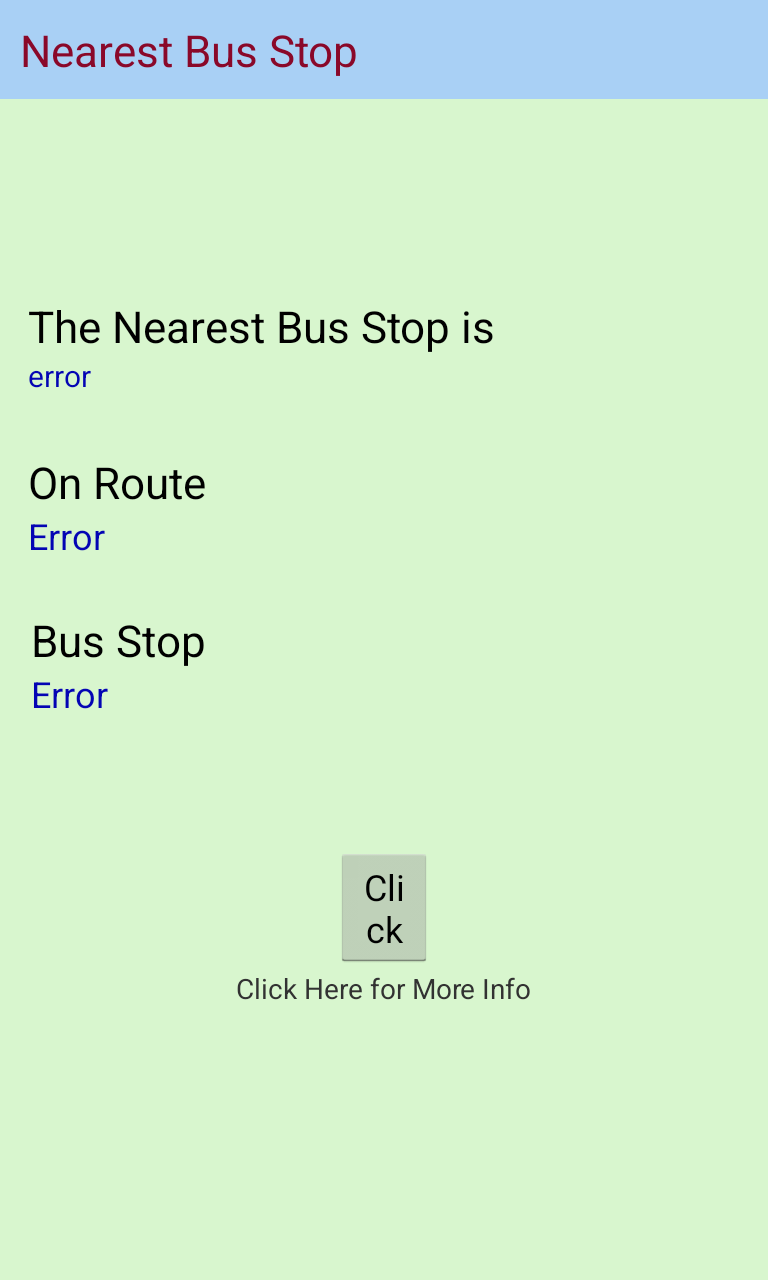
Repository: patheon17/myrepo2
Layout: workspace/UMBusTracking/res/layout/activity_nearest_stop.xml
The author's editor kept a copy of each file at every save. The layout is drawn from the files as they stood at one save, then again after the next save.
It is drawn on a 768 x 1280 px phone screen (xhdpi) without system bars, with theme AppTheme; the app's code is not run.

Above is the layout before, as saved 2013-10-04 06:07:09.

### workspace/UMBusTracking/res/layout/activity_nearest_stop.xml
<RelativeLayout xmlns:android="http://schemas.android.com/apk/res/android"
    xmlns:tools="http://schemas.android.com/tools"
    android:layout_width="match_parent"
    android:layout_height="match_parent"
    android:background="#D8F6CE"
    tools:context=".NearestStop" >

    <TextView
        android:id="@+id/textView2"
        android:layout_width="fill_parent"
        android:layout_height="wrap_content"
        android:layout_alignParentTop="true"
        android:background="@color/background_lime"
        android:padding="10sp"
        android:text="Nearest Bus Stop"
        android:textAppearance="?android:attr/textAppearanceLarge"
        android:textColor="#8A0829"
        />

    <TextView
        android:id="@+id/onroute"
        android:layout_width="wrap_content"
        android:layout_height="wrap_content"
        android:layout_above="@+id/routed"
        android:layout_alignLeft="@+id/displaystop"
        android:text="@string/routename"
        android:textAppearance="?android:attr/textAppearanceLarge" />

    <TextView
        android:id="@+id/routed"
        android:layout_width="wrap_content"
        android:layout_height="wrap_content"
        android:layout_above="@+id/busstop"
        android:layout_alignLeft="@+id/onroute"
        android:layout_marginBottom="25dp"
        android:gravity="center"
        android:text="Error"
        android:textAppearance="?android:attr/textAppearanceMedium"
        android:textColor="#0404B4" />

    <TextView
        android:id="@+id/textView1"
        android:layout_width="wrap_content"
        android:layout_height="wrap_content"
        android:layout_above="@+id/displaystop"
        android:layout_alignParentLeft="true"
        android:layout_marginLeft="14dp"
        android:text="The Nearest Bus Stop is"
        android:textAppearance="?android:attr/textAppearanceLarge" />

    <TextView
        android:id="@+id/displaystop"
        android:layout_width="wrap_content"
        android:layout_height="wrap_content"
        android:layout_above="@+id/onroute"
        android:layout_alignLeft="@+id/textView1"
        android:layout_marginBottom="28dp"
        android:text="@string/displaystop"
        android:textColor="#0404B4"
        android:textSize="15dp" />

    <TextView
        android:id="@+id/busstop"
        android:layout_width="wrap_content"
        android:layout_height="wrap_content"
        android:layout_alignRight="@+id/onroute"
        android:layout_centerVertical="true"
        android:text="@string/stopname"
        android:textAppearance="?android:attr/textAppearanceLarge" />

    <TextView
        android:id="@+id/stops"
        android:layout_width="wrap_content"
        android:layout_height="wrap_content"
        android:layout_alignLeft="@+id/busstop"
        android:layout_below="@+id/busstop"
        android:text="Error"
        android:textAppearance="?android:attr/textAppearanceMedium"
        android:textColor="#0404B4" />

    <Button
        android:id="@+id/button1"
        android:layout_width="50sp"
        android:layout_height="wrap_content"
        android:layout_below="@+id/stops"
        android:layout_centerHorizontal="true"
        android:layout_marginTop="64dp"
        android:text="Click" />

    <TextView
        android:id="@+id/textView3"
        android:layout_width="wrap_content"
        android:layout_height="wrap_content"
        android:layout_below="@+id/button1"
        android:layout_centerHorizontal="true"
        android:text="Click Here for More Info"
        android:textAppearance="?android:attr/textAppearanceSmall" />

</RelativeLayout>

### workspace/UMBusTracking/res/values/styles.xml
<resources>

    <!--
        Base application theme, dependent on API level. This theme is replaced
        by AppBaseTheme from res/values-vXX/styles.xml on newer devices.
    -->
    <style name="AppBaseTheme" parent="android:Theme.Light">
        <!--
            Theme customizations available in newer API levels can go in
            res/values-vXX/styles.xml, while customizations related to
            backward-compatibility can go here.
        -->
    </style>

    <!-- Application theme. -->
    <style name="AppTheme" parent="AppBaseTheme">
        <!-- All customizations that are NOT specific to a particular API-level can go here. -->
    </style>


</resources>

### workspace/UMBusTracking/res/values/strings.xml
<?xml version="1.0" encoding="utf-8"?>
<resources>

    <string name="app_name">UMBusTracking</string>
    <string name="action_settings">Settings</string>
    <string name="hello_world">Hello world!</string>
    <string name="button">Connect</string>
    <string name="title_activity_info">InfoActivity</string>
    <string name="title_activity_test2">Test2</string>
    <string name="title_activity_view_stops_details">View Bus Stops Details/Information</string>
    <string name="viewstoptitle">Error</string>
    <string name="title_activity_nearest_stop">NearestStop</string>
    <string name="displaystop">error</string>

    <color name="background_lime">#A9D0F5</color>

    <string name="routename">On Route</string>
    <string name="stopname">Bus Stop</string>
    <string name="title_activity_display_busses">DisplayBusses</string>

</resources>

Loaded but not shown: workspace/UMBusTracking/res/values-v11/styles.xml (common file); workspace/UMBusTracking/res/values-v14/styles.xml (common file)

After the next save:
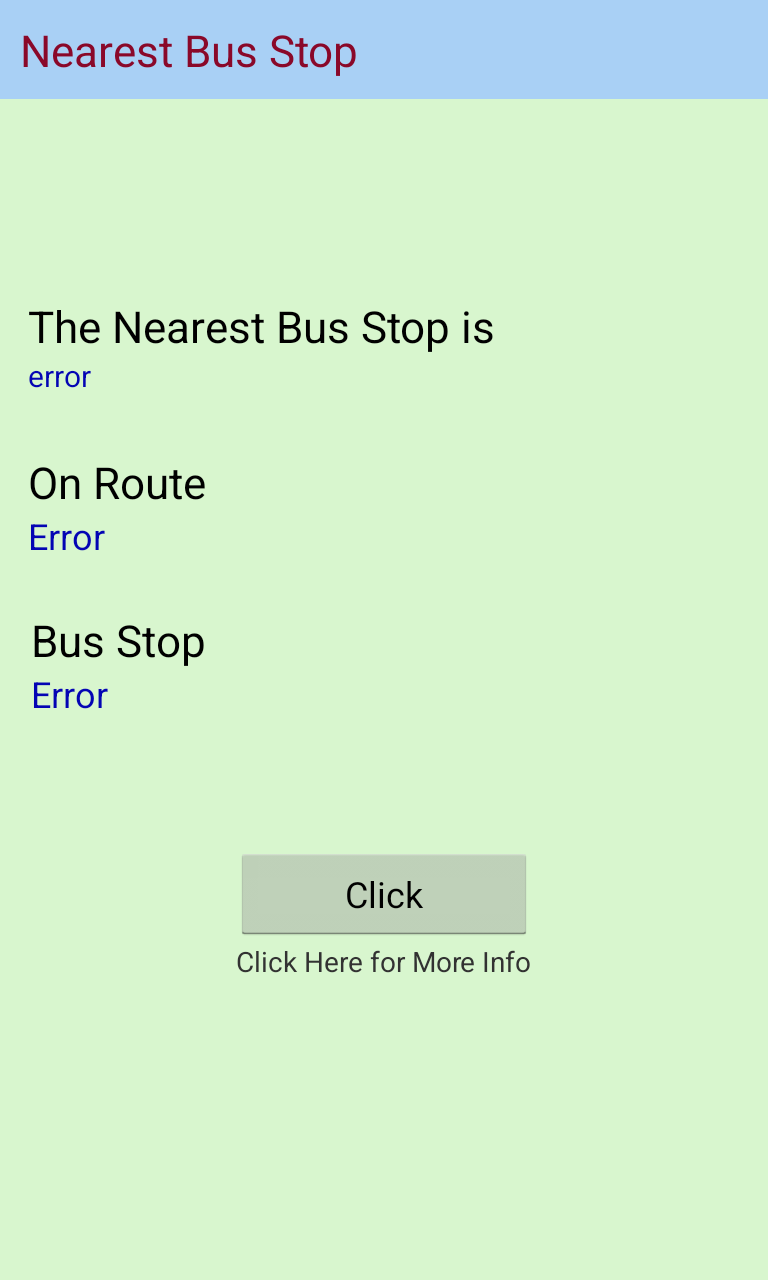
Saved 9 s later.
--- a/workspace/UMBusTracking/res/layout/activity_nearest_stop.xml
+++ b/workspace/UMBusTracking/res/layout/activity_nearest_stop.xml
@@ -80,7 +80,7 @@
 
     <Button
         android:id="@+id/button1"
-        android:layout_width="50sp"
+        android:layout_width="150sp"
         android:layout_height="wrap_content"
         android:layout_below="@+id/stops"
         android:layout_centerHorizontal="true"
